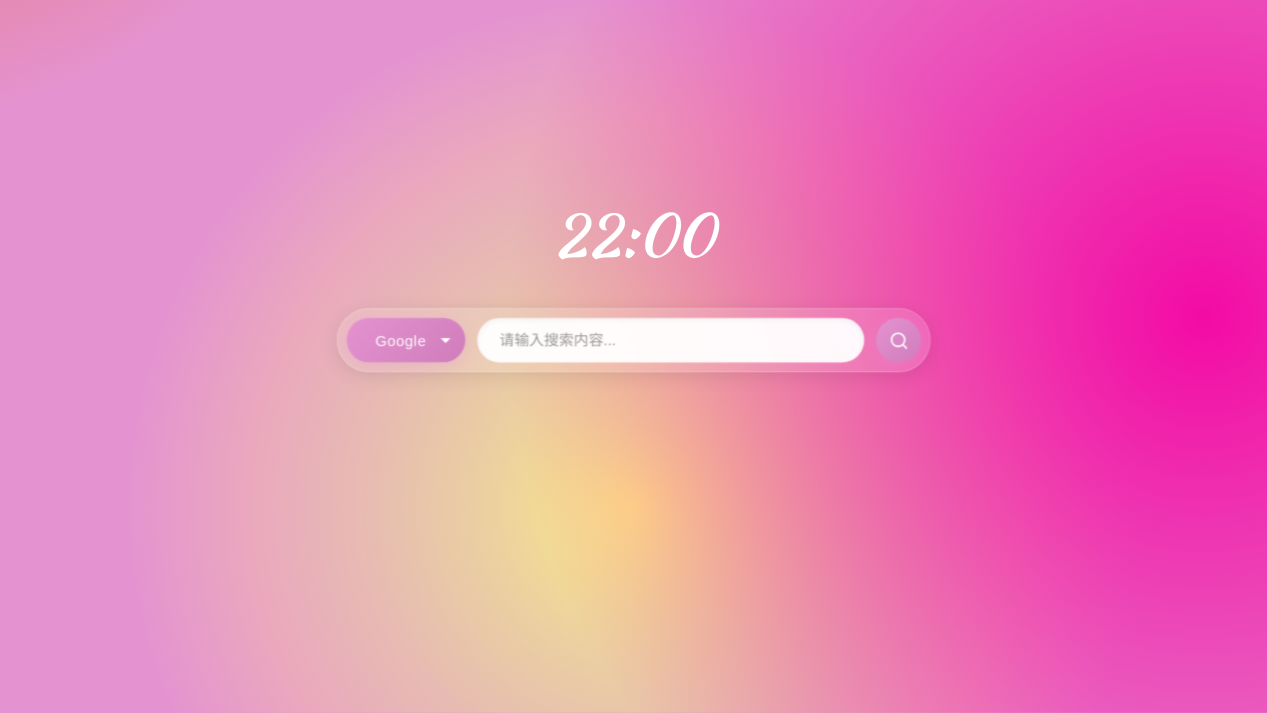
Repository: RADEKWRLD/NaviR
Page: index.html
These files come from the project's save history. The page is drawn as it stood at one moment and after the next save; the edit follows.
The browser window is 1280 px wide. The pictures show the whole page, at 99% of full size.

Above is the page before, as saved 2025-05-23 23:08:19.
Console error: TypeError: Cannot read properties of null (reading 'appendChild')

### index.html
<!DOCTYPE html>
<html lang="en">
<head>
    <meta charset="UTF-8">
    <meta name="viewport" content="width=device-width, initial-scale=1.0">
    <title>Document</title>
    <link rel="stylesheet" href="style.css">
</head>
<body>
    <div id="main">
        <div id="clock"><span>00:00</span></div>

        <div class="search-container">
            <form id="search-form">
                <div class="engine-dropdown">
                    <button type="button" id="engine-btn" class="engine-btn">Google</button>
                    <ul id="engine-menu" class="engine-menu">
                        <li data-value="Google">
                            <!-- Google SVG -->
                            <svg width="20" height="20" viewBox="0 0 48 48"><g><path fill="#4285F4" d="M43.6 20.5H42V20H24v8h11.3C34.7 32.1 30.1 36 24 36c-6.6 0-12-5.4-12-12s5.4-12 12-12c2.7 0 5.2.9 7.2 2.4l6-6C33.5 5.1 28.1 3 24 3 12.9 3 4 11.9 4 23s8.9 20 20 20c11 0 19.7-8 19.7-20 0-1.3-.1-2.7-.3-4z"/><path fill="#34A853" d="M6.3 14.7l6.6 4.8C14.5 16.1 18.9 13 24 13c2.7 0 5.2.9 7.2 2.4l6-6C33.5 5.1 28.1 3 24 3c-7.7 0-14.2 4.4-17.7 10.7z"/><path fill="#FBBC05" d="M24 43c6.1 0 11.2-2 14.9-5.4l-6.9-5.7C30.1 36 25.5 38 24 38c-5.1 0-9.5-3.1-11.1-7.5l-6.6 5.1C9.8 39.6 16.3 43 24 43z"/><path fill="#EA4335" d="M43.6 20.5H42V20H24v8h11.3c-1.1 3.1-4.3 6-7.3 7.5l6.9 5.7C40.2 39.6 44 32.7 44 24c0-1.3-.1-2.7-.4-3.5z"/></g></svg>
                            Google
                        </li>
                        <li data-value="Bing">
                            <!-- 新 Bing SVG -->
                            <svg class="icon" width="20" height="20" viewBox="0 0 1024 1024" version="1.1" xmlns="http://www.w3.org/2000/svg">
                                <path d="M213.333333 770.986667 626.346667 546.986667 512 491.946667 442.453333 332.8 810.666667 452.266667 810.666667 631.466667 382.72 890.453333 213.333333 770.986667 213.333333 133.546667 384 192 384 618.666667 213.333333 770.986667Z"></path>
                            </svg>
                            Bing
                        </li>
                        <li data-value="百度">
                            <!-- 百度 SVG -->
                            <svg xmlns="http://www.w3.org/2000/svg" viewBox="32.482 0 961.665 1077.564" width="20" height="20">
                                <path fill="#3245DF" d="M184.682 538.759c111.177-23.874 96.03-156.737 92.702-185.776-5.445-44.768-58.102-123.02-129.606-116.831-89.98 8.074-103.126 138.052-103.126 138.052-12.17 60.08 29.132 188.452 140.03 164.555zM302.746 769.86c-3.257 9.331-10.517 33.228-4.234 54.03 12.402 46.677 52.912 48.77 52.912 48.77h58.218V730.35h-62.336c-28.016 8.354-41.535 30.157-44.56 39.51zm88.281-453.898c61.406 0 111.037-70.667 111.037-158.04C502.064 70.643 452.433 0 391.027 0c-61.312 0-111.06 70.643-111.06 157.923 0 87.373 49.77 158.04 111.06 158.04zm264.47 10.447c82.068 10.657 134.84-76.925 145.335-143.31 10.703-66.292-42.256-143.288-100.357-156.527-58.218-13.356-130.909 79.904-137.54 140.704-7.912 74.32 10.633 148.593 92.562 159.133zm201.086 390.213s-126.976-98.24-201.11-204.414C555 355.66 412.272 419.37 364.525 498.993 316.987 578.594 242.9 628.947 232.382 642.28c-10.68 13.124-153.385 90.166-121.694 230.87 31.669 140.612 142.939 137.936 142.939 137.936s81.998 8.074 177.12-13.217c95.168-21.104 177.096 5.26 177.096 5.26s222.284 74.435 283.108-68.852c60.754-143.334-34.368-217.654-34.368-217.654zM476.26 929.88H331.739c-62.406-12.449-87.257-55.03-90.398-62.29-3.072-7.376-20.802-41.604-11.425-99.845 26.968-87.257 103.87-93.516 103.87-93.516h76.926v-94.563l65.524 1V929.88zm269.146-1h-166.3c-64.453-16.614-67.455-62.407-67.455-62.407v-183.89l67.455-1.094v165.276c4.119 17.637 26.015 20.825 26.015 20.825h68.525V682.581h71.76v246.297zm235.408-490.99c0-31.76-26.387-127.394-124.23-127.394-98.008 0-111.108 90.258-111.108 154.06 0 60.894 5.142 145.894 126.883 143.195 121.788-2.7 108.455-137.936 108.455-169.86zm0 0"/>
                            </svg>
                            百度
                        </li>
                        <li data-value="BingCN">
                            <!-- 新必应中国 SVG（同 Bing） -->
                            <svg class="icon" width="20" height="20" viewBox="0 0 1024 1024" version="1.1" xmlns="http://www.w3.org/2000/svg">
                                <path d="M213.333333 770.986667 626.346667 546.986667 512 491.946667 442.453333 332.8 810.666667 452.266667 810.666667 631.466667 382.72 890.453333 213.333333 770.986667 213.333333 133.546667 384 192 384 618.666667 213.333333 770.986667Z"></path>
                            </svg>
                            BingCN
                        </li>
                        <li data-value="GitHub">
                            <!-- GitHub SVG -->
                            <svg width="20" height="20" viewBox="0 0 24 24"><path fill="#181717" d="M12 2C6.48 2 2 6.58 2 12.26c0 4.5 2.87 8.32 6.84 9.67.5.09.68-.22.68-.48 0-.24-.01-.87-.01-1.7-2.78.62-3.37-1.36-3.37-1.36-.45-1.17-1.1-1.48-1.1-1.48-.9-.63.07-.62.07-.62 1 .07 1.53 1.05 1.53 1.05.89 1.56 2.34 1.11 2.91.85.09-.66.35-1.11.63-1.37-2.22-.26-4.56-1.14-4.56-5.07 0-1.12.39-2.03 1.03-2.75-.1-.26-.45-1.3.1-2.7 0 0 .84-.28 2.75 1.05A9.38 9.38 0 0 1 12 6.84c.85.004 1.71.12 2.51.35 1.91-1.33 2.75-1.05 2.75-1.05.55 1.4.2 2.44.1 2.7.64.72 1.03 1.63 1.03 2.75 0 3.94-2.34 4.81-4.57 5.07.36.32.68.94.68 1.9 0 1.37-.01 2.47-.01 2.8 0 .27.18.58.69.48A10.01 10.01 0 0 0 22 12.26C22 6.58 17.52 2 12 2Z"/></svg>
                            GitHub
                        </li>
                        <li data-value="知乎">
                            <!-- 知乎 SVG（简化版） -->
                            <svg width="20" height="20" viewBox="0 0 48 48"><rect x="8" y="8" width="32" height="32" rx="6" fill="#0084ff"/><text x="24" y="32" text-anchor="middle" font-size="18" fill="#fff" font-family="Arial">知</text></svg>
                            知乎
                        </li>
                    </ul>
                </div>
                <input type="text" id="search-input" placeholder="请输入搜索内容...">
                <button type="submit" class="search-icon" id="search-btn">
                    <svg xmlns="http://www.w3.org/2000/svg" width="20" height="20" viewBox="0 0 24 24" fill="none" stroke="currentColor" stroke-width="2" stroke-linecap="round" stroke-linejoin="round">
                        <circle cx="11" cy="11" r="8"></circle>
                        <line x1="21" y1="21" x2="16.65" y2="16.65"></line>
                    </svg>
                </button>
            </form>
        </div>
    </div>




    <script src="main/script.js"></script>
</body>
</html>

### style.css
@font-face {
    font-family: 'Kaushan Script';
    src: url('/Kaushan_Script/KaushanScript-Regular.ttf') format('truetype');
}

:root {
    font-size: 15px;
}

body {
    font-family: 'Quicksand', sans-serif;
    margin: 0;
    min-height: 100vh;
    background-color: #e493d0;
    background-image:
        radial-gradient(closest-side, rgba(235, 105, 78, 1), rgba(235, 105, 78, 0)),
        radial-gradient(closest-side, rgba(243, 11, 164, 1), rgba(243, 11, 164, 0)),
        radial-gradient(closest-side, rgba(254, 234, 131, 1), rgba(254, 234, 131, 0)),
        radial-gradient(closest-side, rgba(170, 142, 245, 1), rgba(170, 142, 245, 0)),
        radial-gradient(closest-side, rgba(248, 192, 147, 1), rgba(248, 192, 147, 0));
    background-size:
        130vmax 130vmax,
        80vmax 80vmax,
        90vmax 90vmax,
        110vmax 110vmax,
        90vmax 90vmax;
    background-position:
        -80vmax -80vmax,
        60vmax -30vmax,
        10vmax 10vmax,
        -30vmax -10vmax,
        50vmax 50vmax;
    background-repeat: no-repeat;
    animation: 10s movement linear infinite;
}

@keyframes movement {

    0%,
    100% {
        background-size:
            130vmax 130vmax,
            80vmax 80vmax,
            90vmax 90vmax,
            110vmax 110vmax,
            90vmax 90vmax;
        background-position:
            -80vmax -80vmax,
            60vmax -30vmax,
            10vmax 10vmax,
            -30vmax -10vmax,
            50vmax 50vmax;
    }

    25% {
        background-size:
            100vmax 100vmax,
            90vmax 90vmax,
            100vmax 100vmax,
            90vmax 90vmax,
            60vmax 60vmax;
        background-position:
            -60vmax -90vmax,
            50vmax -40vmax,
            0vmax -20vmax,
            -40vmax -20vmax,
            40vmax 60vmax;
    }

    50% {
        background-size:
            80vmax 80vmax,
            110vmax 110vmax,
            80vmax 80vmax,
            60vmax 60vmax,
            80vmax 80vmax;
        background-position:
            -50vmax -70vmax,
            40vmax -30vmax,
            10vmax 0vmax,
            20vmax 10vmax,
            30vmax 70vmax;
    }

    75% {
        background-size:
            90vmax 90vmax,
            90vmax 90vmax,
            100vmax 100vmax,
            90vmax 90vmax,
            70vmax 70vmax;
        background-position:
            -50vmax -40vmax,
            50vmax -30vmax,
            20vmax 0vmax,
            -10vmax 10vmax,
            40vmax 60vmax;
    }
}

#main {
    transition: all 0.3s ease;
    transform: translateY(-5rem);
    display: flex;
    flex-direction: column;
    align-items: center;
    justify-content: center;
    height: 100vh;
}

#clock {
    font-size: 4rem;
    color: #fff;
    font-family: 'Kaushan Script', cursive;
}

.search-container {
    margin-top: 2rem;
    width: 100%;
    max-width: 600px;
    padding: 0 1rem;
}

#search-form {
    display: flex;
    gap: 0.8rem;
    background: rgba(255, 255, 255, 0.15);
    padding: 0.6rem;
    border-radius: 50px;
    backdrop-filter: blur(10px);
    box-shadow: 0 4px 20px rgba(0, 0, 0, 0.1);
    border: 1px solid rgba(255, 255, 255, 0.2);
    transition: all 0.3s ease;
}

#search-form:hover {
    background: rgba(255, 255, 255, 0.2);
    box-shadow: 0 8px 25px rgba(0, 0, 0, 0.15);
    transform: translateY(-1px);
}

#search-input {
    flex: 1;
    padding: 0.8rem 1.5rem;
    border: none;
    border-radius: 25px;
    background: rgba(255, 255, 255, 0.95);
    color: #333;
    font-family: 'Quicksand', sans-serif;
    font-size: 1rem;
    outline: none;
    transition: all 0.3s ease;
    box-shadow: inset 0 2px 5px rgba(0, 0, 0, 0.05);
}

#search-input:focus {
    background: #fff;
    box-shadow: inset 0 2px 5px rgba(0, 0, 0, 0.05),
        0 0 0 3px rgba(228, 147, 208, 0.2);
}

#search-input::placeholder {
    color: #999;
    font-weight: 500;
}

#search-form button {
    border: none;
    background: linear-gradient(135deg, #e493d0, #d17dbd);
    color: white;
    font-family: 'Quicksand', sans-serif;
    cursor: pointer;
    transition: all 0.3s ease;
    display: flex;
    align-items: center;
    justify-content: center;
    box-shadow: 0 4px 15px rgba(228, 147, 208, 0.3);
}

#engine-btn {
    width: 3rem;
    border-radius: 25px;
}

#search-form #search-btn {
    width: 45px;
    height: 45px;
    border-radius: 50%;
}

#search-form #search-btn:hover {
    background: linear-gradient(135deg, #d17dbd, #e493d0);
    transform: scale(1.05) rotate(360deg);
    box-shadow: 0 6px 20px rgba(228, 147, 208, 0.4);
}

#search-form button svg {
    width: 20px;
    height: 20px;
    transition: all 0.3s ease;
}

#search-form button:hover svg {
    transform: scale(1.1);
}

.engine-dropdown {
    position: relative;
}

.engine-btn {
    padding: 0.7rem 1.8rem;
    border: none;
    border-radius: 25px;
    background: rgba(255, 255, 255, 0.15);
    backdrop-filter: blur(10px);
    color: #fff;
    font-family: 'Quicksand', sans-serif;
    cursor: pointer;
    outline: none;
    min-width: 120px;
    font-size: 1rem;
    height: 45px;
    display: flex;
    align-items: center;
    justify-content: center;
    transition: all 0.3s ease;
    box-shadow: 0 2px 8px rgba(0, 0, 0, 0.1);
    font-weight: 500;
    letter-spacing: 0.5px;
    position: relative;
    padding-right: 2.5rem;
}

.engine-btn::after {
    content: '';
    position: absolute;
    right: 1rem;
    top: 50%;
    transform: translateY(-50%);
    width: 0;
    height: 0;
    border-left: 5px solid transparent;
    border-right: 5px solid transparent;
    border-top: 5px solid #fff;
    transition: transform 0.3s ease;
}

.engine-btn:hover {
    background: rgba(255, 255, 255, 0.25);
    transform: translateY(-1px);
    box-shadow: 0 4px 12px rgba(0, 0, 0, 0.15);
}

.engine-menu {
    display: none;
    position: absolute;
    top: 110%;
    left: 0;
    z-index: 10;
    background: rgba(255, 255, 255, 0.95);
    backdrop-filter: blur(10px);
    border-radius: 16px;
    box-shadow: 0 8px 24px rgba(0, 0, 0, 0.12);
    list-style: none;
    margin: 0;
    padding: 0.5rem;
    min-width: 140px;
    font-family: 'Quicksand', sans-serif;
    border: 1px solid rgba(255, 255, 255, 0.2);
}

.engine-menu.show {
    display: block;
    animation: fadeIn 0.2s ease;
}

@keyframes fadeIn {
    from {
        opacity: 0;
        transform: translateY(-10px);
    }

    to {
        opacity: 1;
        transform: translateY(0);
    }
}

.engine-menu li {
    padding: 0.8rem 1.2rem;
    cursor: pointer;
    transition: all 0.2s ease;
    color: #333;
    border: none;
    background: none;
    font-size: 0.95rem;
    border-radius: 12px;
    display: flex;
    align-items: center;
    gap: 8px;
}

.engine-menu li:hover {
    background: rgba(228, 147, 208, 0.1);
    color: #e493d0;
}

.engine-menu li svg {
    width: 18px;
    height: 18px;
    opacity: 0.8;
}

### main/script.js
//更新时间
function updateTime() {
    const now = new Date();
    const hours = String(now.getHours()).padStart(2, '0');
    const minutes = String(now.getMinutes()).padStart(2, '0');
    const timeString = `${hours}:${minutes}`;
    document.getElementById('clock').textContent = timeString;
}

// 搜索引擎配置
const searchEngines = {
    google: {
        name: 'Google',
        url: 'https://www.google.com/search?q='
    },
    bing: {
        name: 'Bing',
        url: 'https://www.bing.com/search?q='
    },
    baidu: {
        name: '百度',
        url: 'https://www.baidu.com/s?wd='
    },
    bingcn: {
        name: '必应中国',
        url: 'https://cn.bing.com/search?q='
    },
    github: {
        name: 'GitHub',
        url: 'https://github.com/search?q='
    },
    zhihu: {
        name: '知乎',
        url: 'https://www.zhihu.com/search?q='
    }
};

// 搜索引擎的搜索URL模板
const engineSearchUrls = {
    "Google": "https://www.google.com/search?q=",
    "Bing": "https://www.bing.com/search?q=",
    "百度": "https://www.baidu.com/s?wd=",
    "BingCN": "https://cn.bing.com/search?q=",
    "GitHub": "https://github.com/search?q=",
    "知乎": "https://www.zhihu.com/search?type=content&q="
};

// 当前选中的引擎，默认Google
let currentEngine = "Google";

// 初始化搜索功能
function initSearch() {
    const searchForm = document.getElementById('search-form');
    const searchInput = document.getElementById('search-input');
    const searchEngine = document.getElementById('search-engine');

    // 动态添加搜索引擎选项
    for (const [key, engine] of Object.entries(searchEngines)) {
        const option = document.createElement('option');
        option.value = key;
        option.textContent = engine.name;
        searchEngine.appendChild(option);
    }

    searchForm.addEventListener('submit', function(e) {
        e.preventDefault();
        const searchTerm = searchInput.value.trim();
        if (searchTerm) {
            const engine = searchEngine.value;
            const searchUrl = searchEngines[engine].url + encodeURIComponent(searchTerm);
            window.location.href = searchUrl;
        }
    });
}

// 搜索引擎下拉菜单逻辑
const engineBtn = document.getElementById('engine-btn');
const engineMenu = document.getElementById('engine-menu');

engineBtn.addEventListener('click', function(e) {
    e.preventDefault();
    engineMenu.classList.toggle('show');
});

// 监听菜单点击，切换引擎
document.querySelectorAll('#engine-menu li').forEach(li => {
    li.addEventListener('click', function() {
        const name = this.getAttribute('data-value');
        currentEngine = name;
        engineBtn.textContent = name;
        engineMenu.classList.remove('show');
    });
});

// 点击外部关闭菜单
document.addEventListener('click', function(e) {
    if (!engineBtn.contains(e.target) && !engineMenu.contains(e.target)) {
        engineMenu.classList.remove('show');
    }
});

// 监听表单提交
document.getElementById('search-form').addEventListener('submit', function(e) {
    e.preventDefault(); // 阻止表单默认提交
    const keyword = document.getElementById('search-input').value.trim();
    if (!keyword) return;
    const url = engineSearchUrls[currentEngine] + encodeURIComponent(keyword);
    window.location.href = url; // 新标签页打开
});

function init() {
    updateTime();
    setInterval(updateTime, 1000);
    // 搜索框事件监听
    initSearch();
}
init();

After the next save:
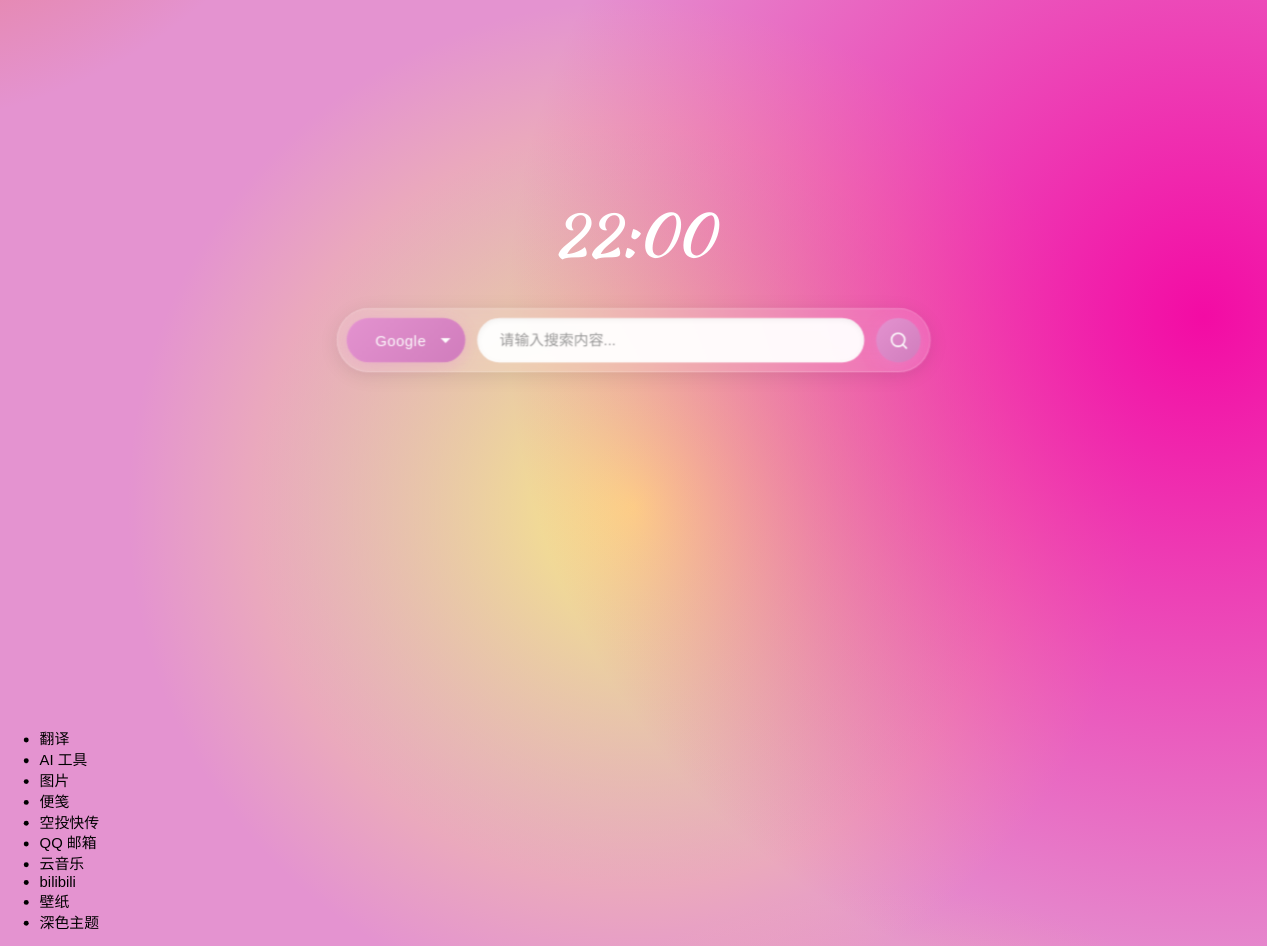
Saved 41 s later.
--- a/index.html
+++ b/index.html
@@ -62,11 +62,27 @@
                 </button>
             </form>
         </div>
-    </div>
 
 
 
 
+    </div>
+
+    <div id="custom-context-menu" class="context-menu">
+        <ul>
+            <li>翻译</li>
+            <li>AI 工具</li>
+            <li>图片</li>
+            <li>便笺</li>
+            <li>空投快传</li>
+            <li>QQ 邮箱</li>
+            <li>云音乐</li>
+            <li>bilibili</li>
+            <li>壁纸</li>
+            <li>深色主题</li>
+        </ul>
+    </div>
+
     <script src="main/script.js"></script>
 </body>
 </html>

After the save that followed:
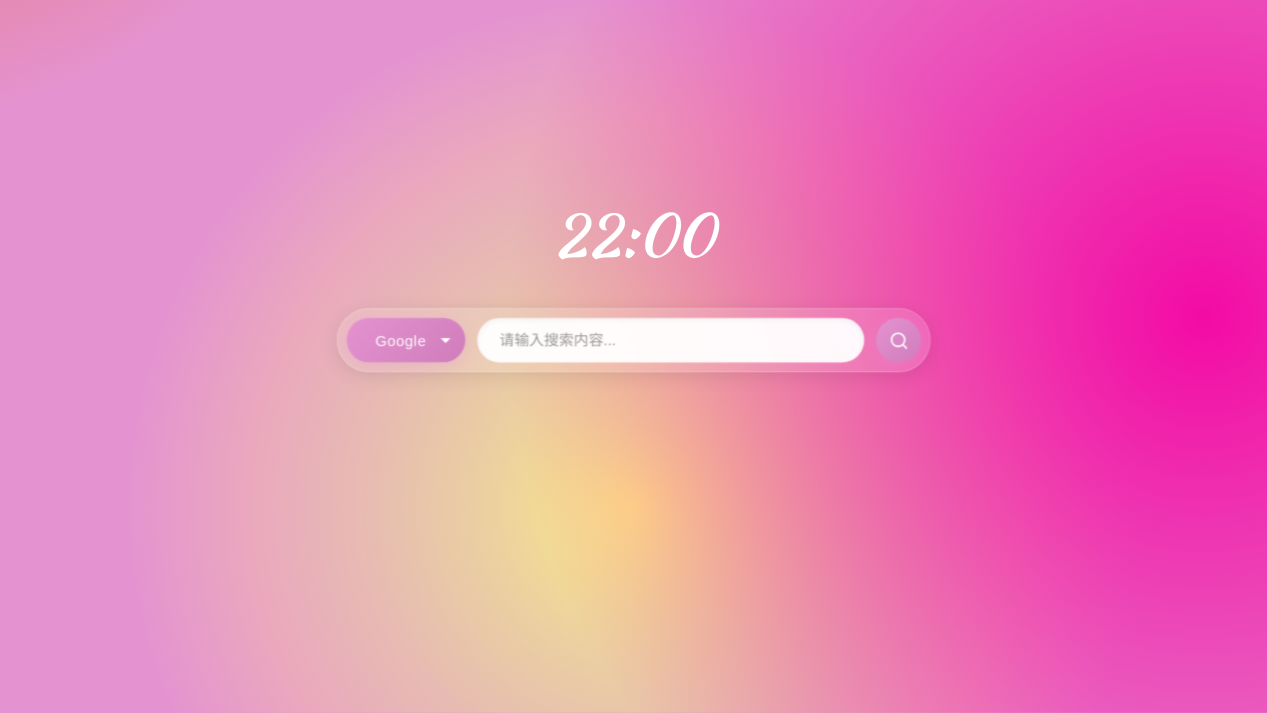
Saved 13 s later.
--- a/style.css
+++ b/style.css
@@ -311,3 +311,34 @@ body {
     height: 18px;
     opacity: 0.8;
 }
+
+.context-menu {
+    display: none;
+    position: fixed;
+    z-index: 9999;
+    min-width: 180px;
+    background: rgba(255,255,255,0.85);
+    backdrop-filter: blur(10px);
+    border-radius: 18px;
+    box-shadow: 0 8px 32px rgba(0,0,0,0.18);
+    padding: 0.5rem 0;
+    font-family: 'Quicksand', sans-serif;
+    border: 1px solid rgba(255,255,255,0.2);
+    animation: fadeIn 0.2s;
+}
+.context-menu ul {
+    list-style: none;
+    margin: 0;
+    padding: 0;
+}
+.context-menu li {
+    padding: 0.8rem 1.5rem;
+    cursor: pointer;
+    transition: background 0.2s, color 0.2s;
+    border-radius: 12px;
+    color: #333;
+}
+.context-menu li:hover {
+    background: rgba(228, 147, 208, 0.12);
+    color: #e493d0;
+}
